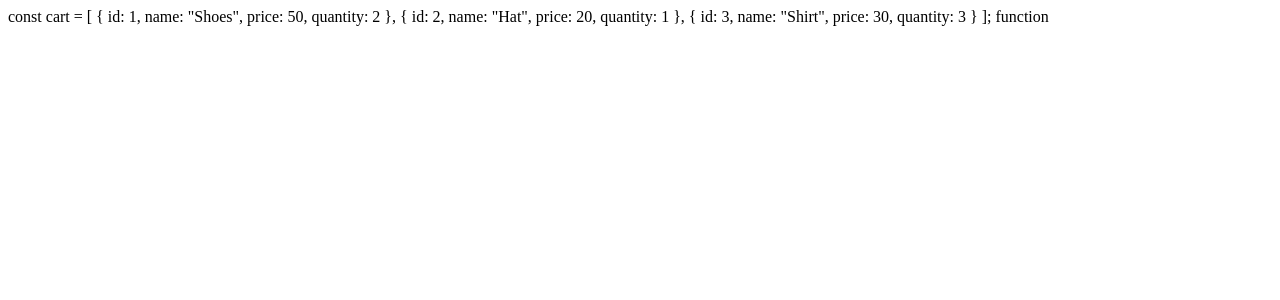
Repository: Mankelvo/Cat
Page: index.html
An editor plug-in stored every save of this project. The page is shown before and after a run of saves, followed by the edit.
The browser window is 1280 px wide. The pictures show the whole page.

Above is the page before, as saved 2026-02-12 20:35:57.

After the next 2 saves:
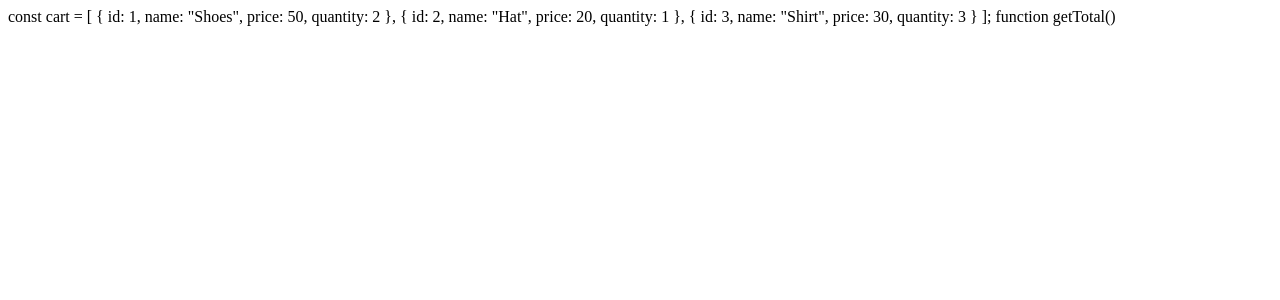
The 2 saves are shown as one change because they came seconds apart.
The last was saved 5 s later.
--- a/index.html
+++ b/index.html
@@ -4,4 +4,4 @@ const cart = [
   { id: 3, name: "Shirt", price: 30, quantity: 3 }
 ];
 
-function
+function getTotal()
